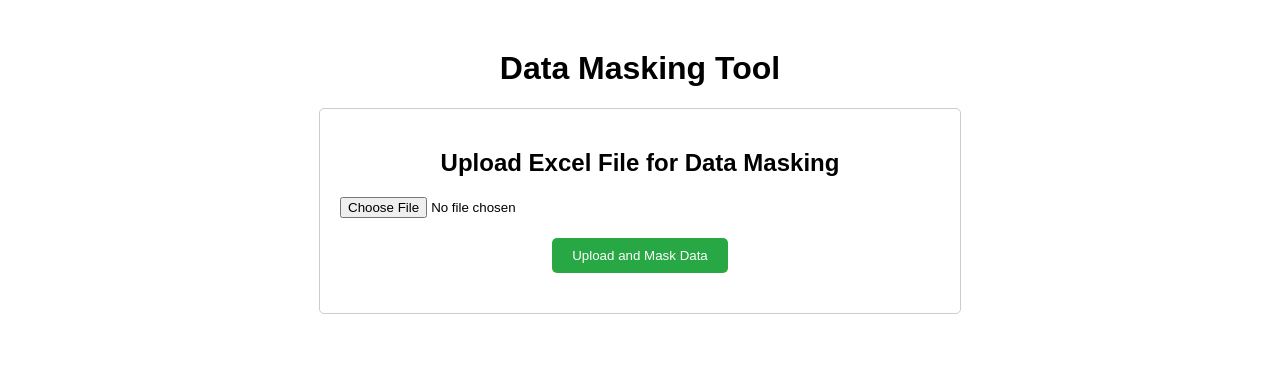
Repository: prithika12/DataMasking_Tool
Page: index.html
The author's editor kept a copy of each file at every save. The page is drawn from the files as they stood at one save, then again after the next save.
The browser window is 1280 px wide. The pictures show the whole page.

Above is the page before, as saved 2024-07-09 11:24:51.

After the next save:
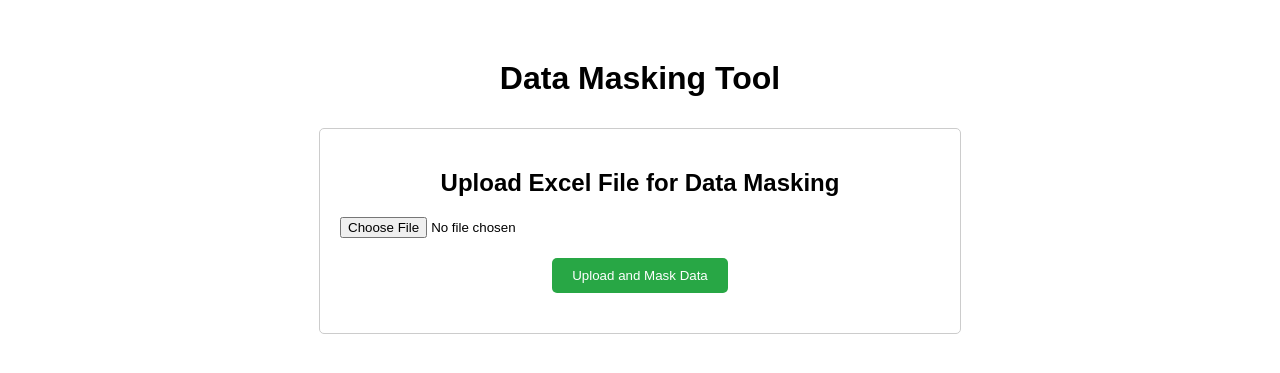
Saved 4 s later.
--- a/index.html
+++ b/index.html
@@ -19,6 +19,7 @@
         }
         h1 {
             text-align: center;
+            padding: 10px 20px;
         }
         input[type="file"] {
             display: block;
